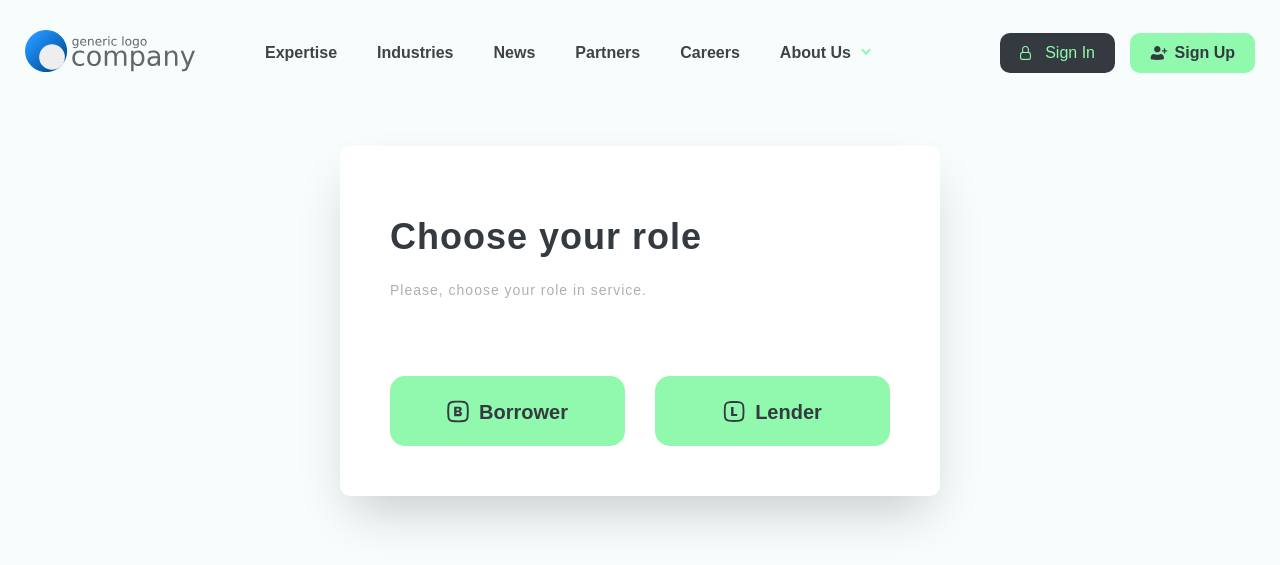
Repository: Andriy-Ma/widgetTask
Page: /
An editor plug-in stored every save of this project. The page is shown before and after the next save, followed by the edit.
The browser window is 1280 px wide. The pictures show the whole page.
The page's requests for data from a server got no answer. Some web fonts or font styles are not loaded; a fallback is used. The project was rebuilt for these pictures with package versions that can differ from the ones it lists, and the page was loaded fresh each time. No one was signed in, and anything a server would have sent is missing. Also part of the build but not shown: src/components/Main/SelectedRoleForm/selectedRoleForm.module.css, src/components/Main/SelectedRoleForm/selectedRoleForm.jsx, src/components/Main/AgreeForm/agreeForm.module.css, src/components/Main/AgreeForm/agreeForm.jsx.

Above is the page before, as saved 2022-08-30 17:09:09.

After the next save:
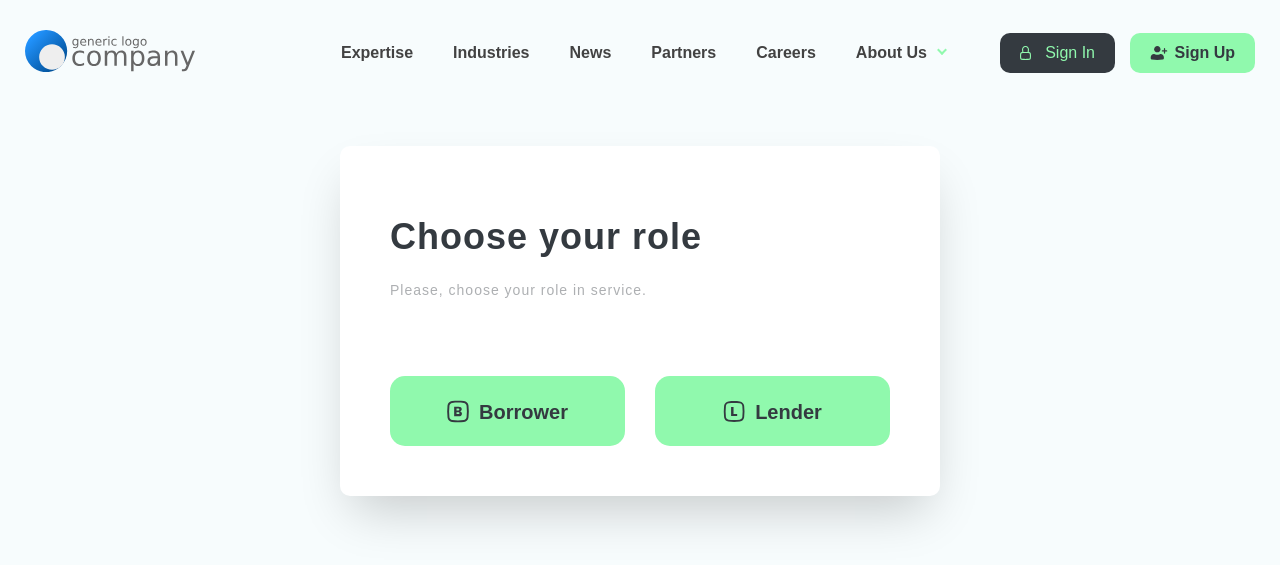
Saved 29 s later.
--- a/src/components/Header/header.module.css
+++ b/src/components/Header/header.module.css
@@ -18,8 +18,7 @@
     display: flex;
     justify-content: space-between;
     align-items: center;
-    text-decoration: none;
-    width: 100%;
+    width: 80%;
 }
 .middleOfHeader a {
     display: block;
